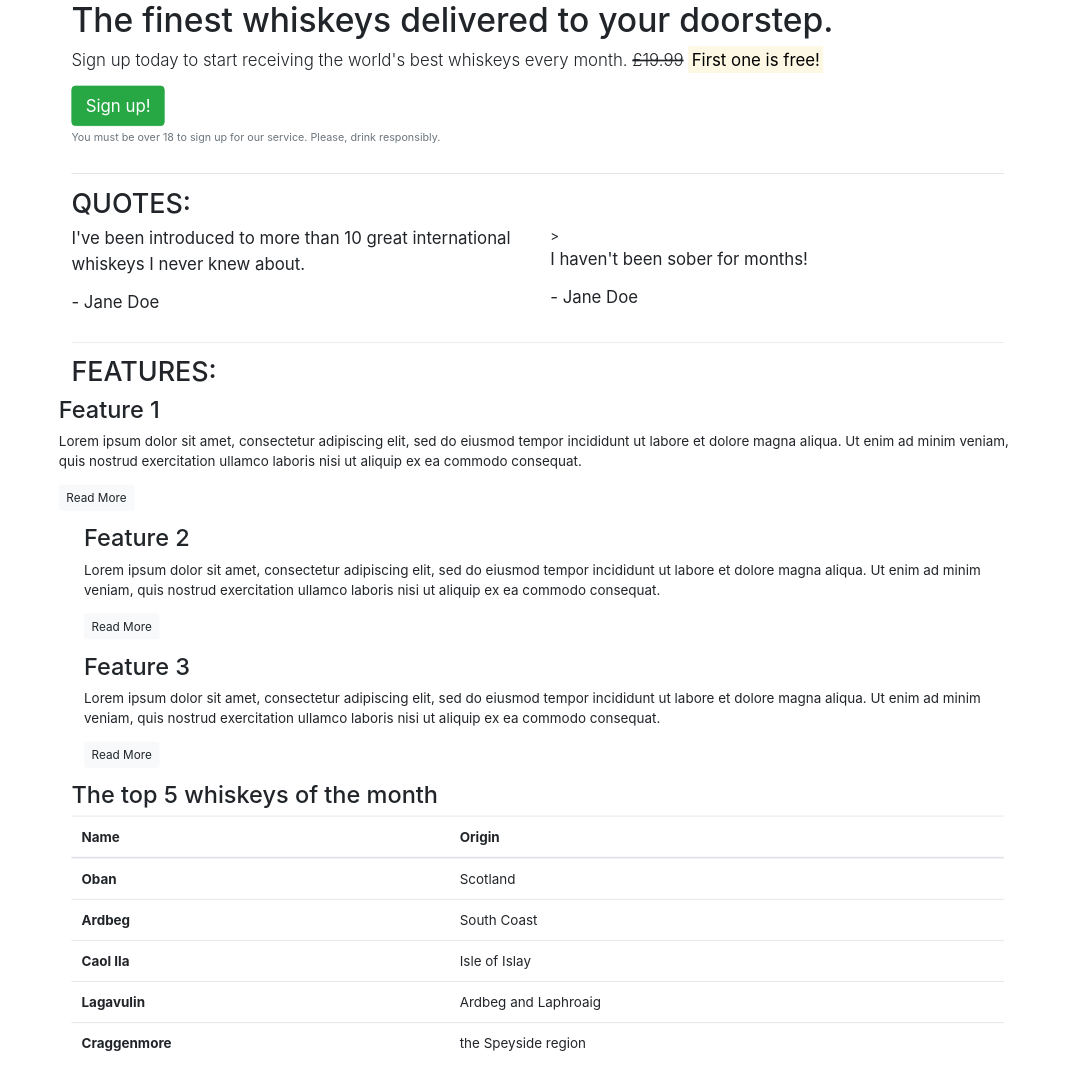
Repository: hidayatmansuri/BootStrap
Page: index.html
The author's editor kept a record of every edit. The page is drawn from the files as they stood at one moment, then again after the next edit.
The browser window is 1280 px wide. The pictures show the whole page, at 84% of full size.

Above is the page before.

After the next edit:
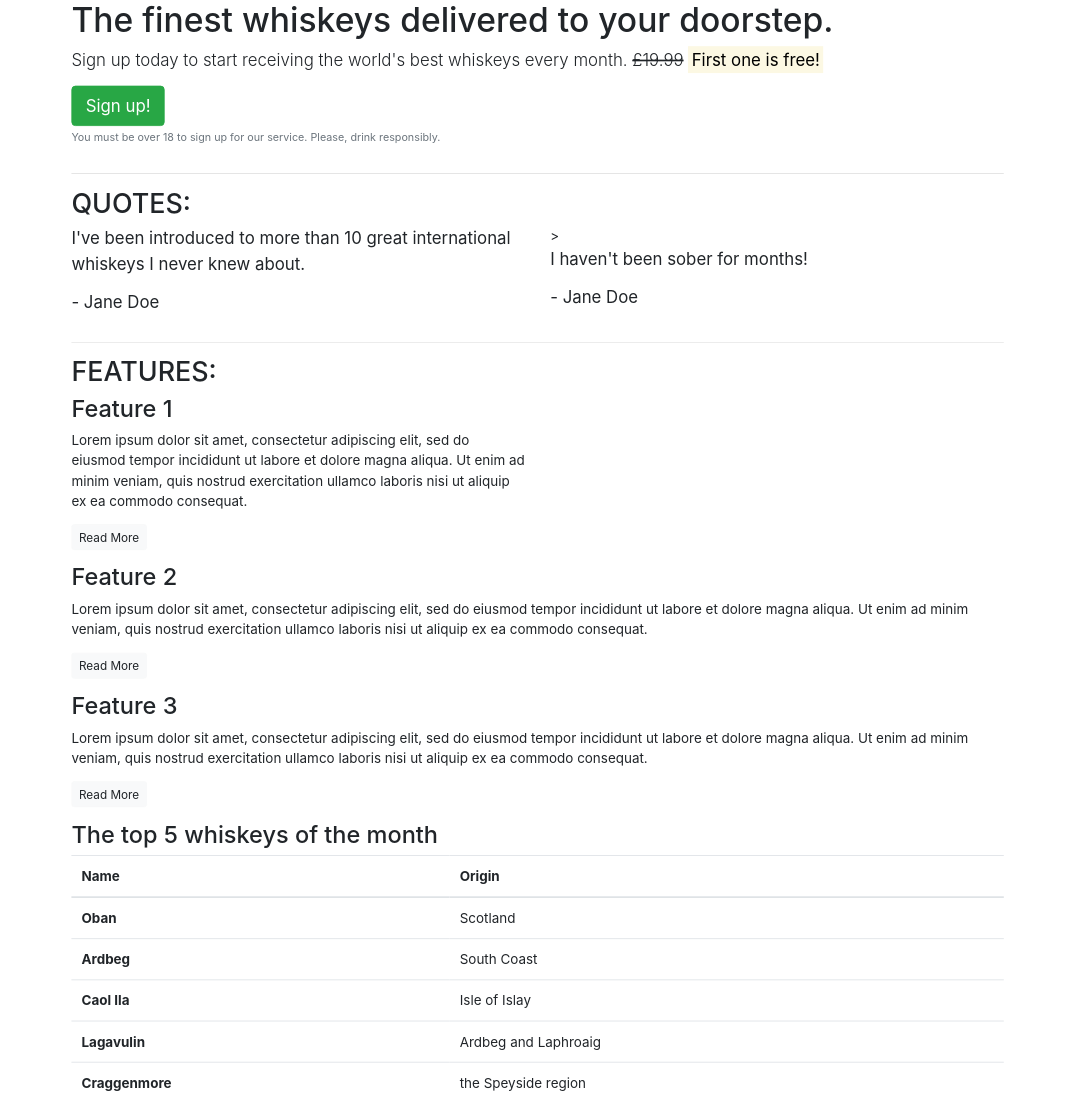
The edit:
--- a/index.html
+++ b/index.html
@@ -59,7 +59,7 @@
                 </div>
             </div>
             <div class="row">
-                <div class="col-12 col-md-6"></div>
+                <div class="col-12 col-md-6">
                     <div class="feature">
                         <h3>Feature 1</h3>
                         <p>Lorem ipsum dolor sit amet, consectetur adipiscing elit, sed do eiusmod tempor incididunt ut labore et dolore magna aliqua. Ut enim ad minim veniam, quis nostrud exercitation ullamco laboris nisi ut aliquip ex ea commodo consequat.</p>
